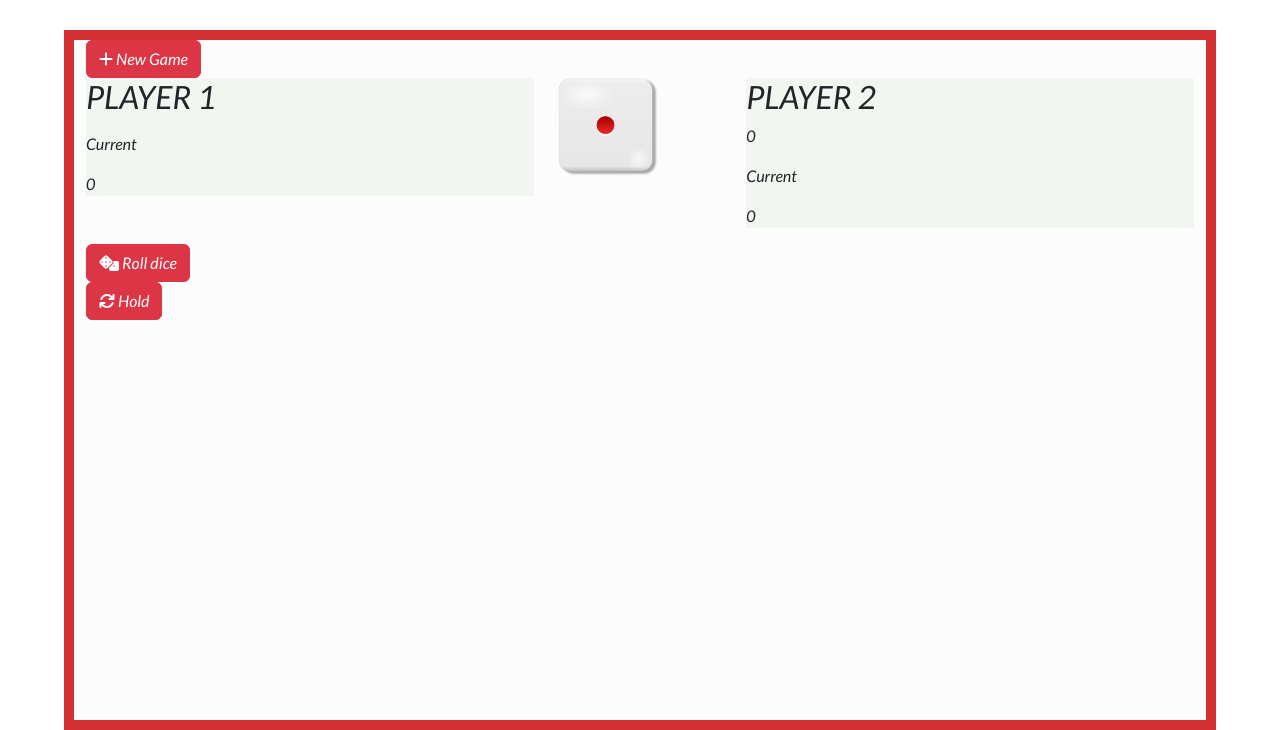
Repository: haifabilel/Eval_JAVASCRIPT
Page: index.html
The author's editor kept a copy of each file at every save. The page is drawn from the files as they stood at one save, then again after a run of saves.
The browser window is 1280 px wide. The pictures show the whole page.
Some web libraries are served in a nearby version.

Above is the page before, as saved 2023-06-02 17:58:32.

### index.html
<!DOCTYPE html>
<html lang="fr">
<head>
    <meta charset="UTF-8">
    <meta http-equiv="X-UA-Compatible" content="IE=edge">
    <meta name="viewport" content="width=device-width, initial-scale=1.0">
    <title>GameEval</title>
    <!-- Bootstrap -->
    <link href="https://cdn.jsdelivr.net/npm/bootstrap@5.3.0-alpha3/dist/css/bootstrap.min.css" rel="stylesheet" integrity="sha384-KK94CHFLLe+nY2dmCWGMq91rCGa5gtU4mk92HdvYe+M/SXH301p5ILy+dN9+nJOZ" crossorigin="anonymous">
    <!-- Bootstrap icons CSS -->
    <link rel="stylesheet" href="https://cdn.jsdelivr.net/npm/bootstrap-icons@1.6.1/font/bootstrap-icons.css">
    <!-- font awesome cdn link-->
    <link rel="stylesheet" href="https://cdnjs.cloudflare.com/ajax/libs/font-awesome/6.3.0/css/all.min.css" integrity="sha512-SzlrxWUlpfuzQ+pcUCosxcglQRNAq/DZjVsC0lE40xsADsfeQoEypE+enwcOiGjk/bSuGGKHEyjSoQ1zVisanQ==" crossorigin="anonymous" referrerpolicy="no-referrer">
    <!-- CSS Link -->
    <link rel="stylesheet" href="style.css">
</head>
<body>
    <div class="container-fluid" >
     <header>
         <button class="btn btn_newGame btn-danger"><i class="fa-solid fa-plus"></i> New Game</button>
    </header>
    <main>
        <div class="row">
            <!-- Player One  -->
            <div class="col-sm-5 mx-auto">
                <section class="player player_0 player_active">
                    <h2 class="label" id="label_0">PLAYER 1</h2>
                    <p class="score" id="score_0" ></p>
                    <div class="current">
                        <p class="current_label">Current</p>
                        <p class="current_score" id="current_0">0</p>
                    </div>
                </section>
            </div>
            <!-- Dice image -->
            <div class="col-sm-2 mx-auto">
                <img src="/asset//dice1.png" alt="imageDice" class="dice" style="width: 100px;">
            </div>
             <!-- Player Tow  -->
             <div class="col-sm-5 mx-auto">
                <section class="player player_1">
                    <h2 class="label" id="label_1">PLAYER 2</h2>
                    <p class="score" id="score_1">0</p>
                    <div class="current">
                        <p class="current_label">Current</p>
                        <p class="current_score" id="current_1">0</p>
                    </div>
                </section>
             </div>
        </div>
    </main>
    <!-- Button RollDice -->
    <div class="button_roll">
        <button class="btn btn_hold btn-danger"><i class="fa-solid fa-dice"></i> Roll dice</button>
    </div>
    <div class="button_hold">
        <button class="btn btn_hold btn-danger"><i class="fa-solid fa-arrows-rotate"></i> Hold</button>
    </div>
    </div>


    <script src="https://code.jquery.com/jquery-3.5.1.slim.min.js" integrity="sha384-DfXdz2htPH0lsSSs5nCTpuj/zy4C+OGpamoFVy38MVBnE+IbbVYUew+OrCXaRkfj" crossorigin="anonymous"></script>
    <script src="https://cdn.jsdelivr.net/npm/popper.js@1.16.0/dist/umd/popper.min.js" integrity="sha384-Q6E9RHvbIyZFJoft+2mJbHaEWldlvI9IOYy5n3zV9zzTtmI3UksdQRVvoxMfooAo" crossorigin="anonymous"></script>
    <script src="https://cdn.jsdelivr.net/npm/bootstrap@5.3.0-alpha3/dist/js/bootstrap.bundle.min.js" integrity="sha384-ENjdO4Dr2bkBIFxQpeoTz1HIcje39Wm4jDKdf19U8gI4ddQ3GYNS7NTKfAdVQSZe" crossorigin="anonymous"></script>
    <script src="script.js"></script>
</body>
</html>

### style.css
@import url('https://fonts.googleapis.com/css2?family=Lato:ital,wght@1,300;1,400;1,700&display=swap');
*{
    font-family: Lato;
}
.container-fluid{
    box-shadow:0.5rem 1 rem rgba(0,0,0,.5);
    background-color: #fdfcfc;
    width:90%;
    height: 700px;
    border: 10px solid  #d13131;
    margin-top: 30px;
}
.player_0 , .player_1{
    background-color:#f1f7f0;

}

Loaded but not shown: script.js (no copy from this time; the picture is the same without it)

After the next 2 saves:
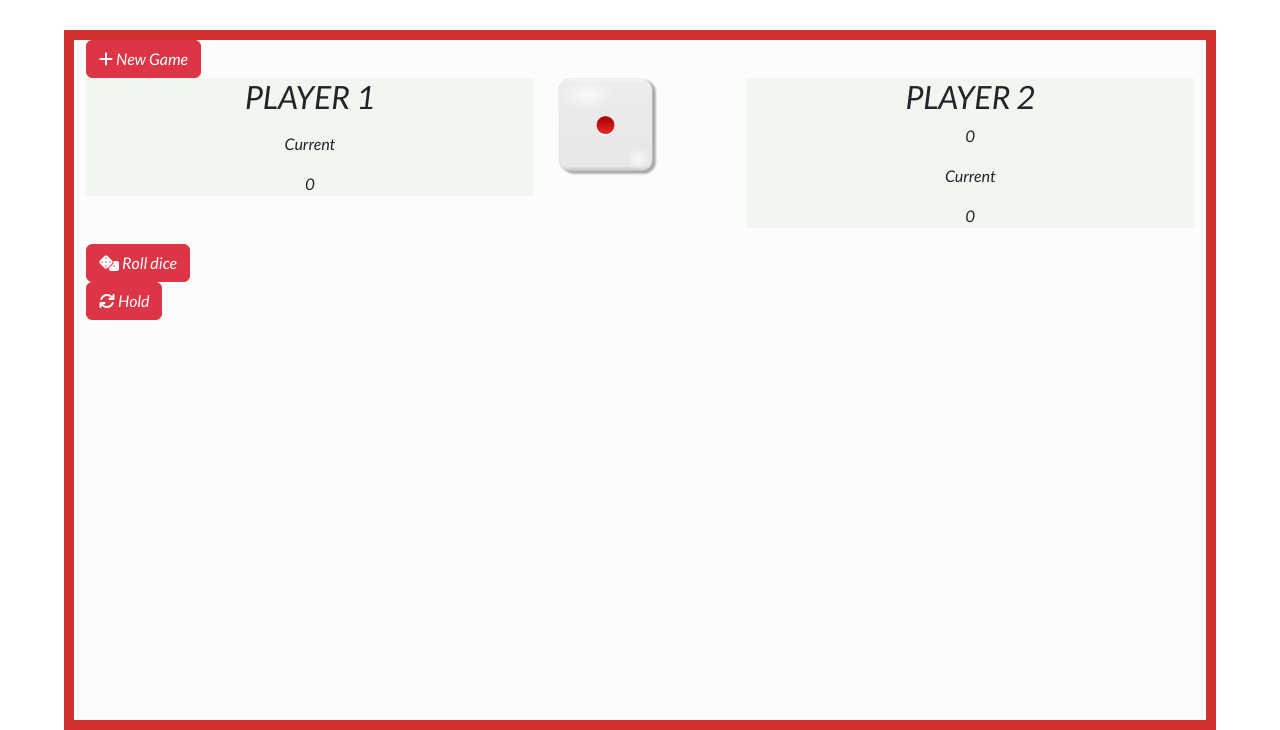
The 2 saves are shown as one change because they came seconds apart.
The last was saved 13 s later.
--- a/style.css
+++ b/style.css
@@ -12,5 +12,5 @@
 }
 .player_0 , .player_1{
     background-color:#f1f7f0;
-
+    text-align:center
 }
